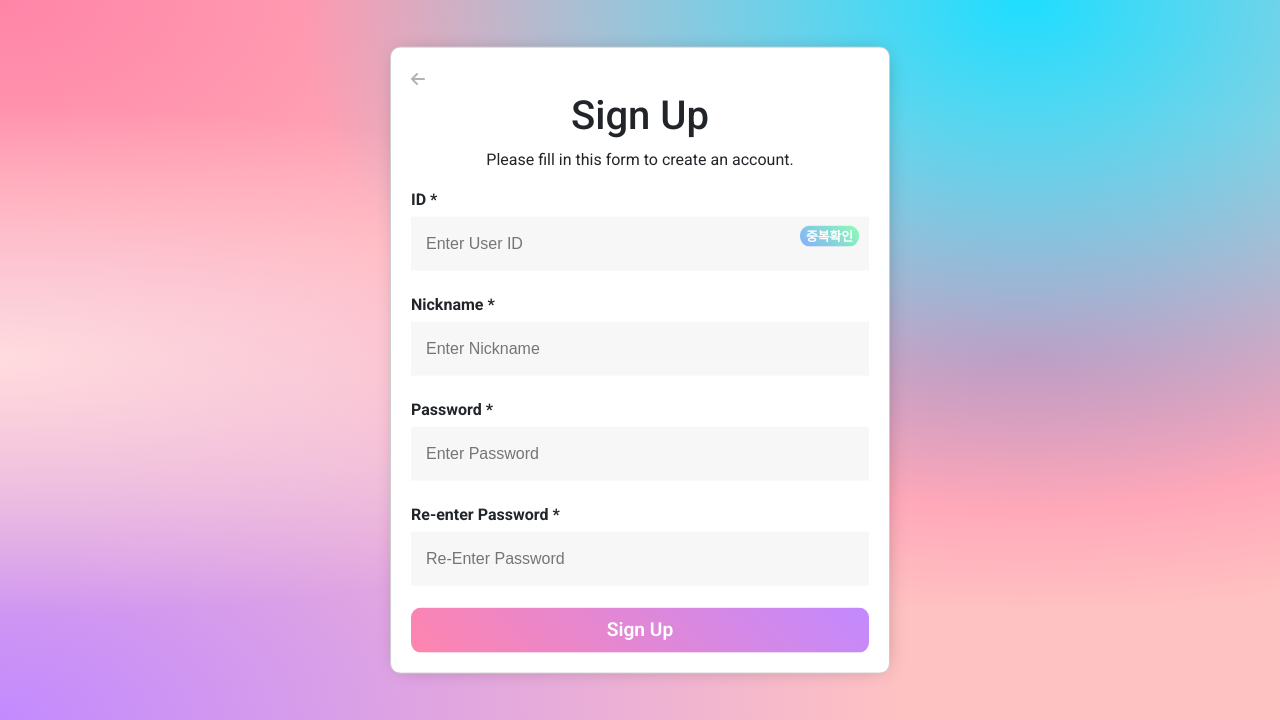
Repository: Jae-yi/JSPMybatis
Page: http://localhost/JspMybatisSub/WEB-INF/views/page/register.jsp
These files come from the project's save history. The page is drawn as it stood at one moment and after the next save; the edit follows.
The browser window is 1280 px wide. The pictures show the whole page.
Some web fonts or font styles are not loaded; a fallback is used. Some web libraries are served in a nearby version. The page is served by Tomcat 9. Nobody is signed in. The template is opened directly, without the code that normally fills it, so the values that code supplies are empty.

Above is the page before, as saved 2023-02-01 11:11:55.

After the next save:
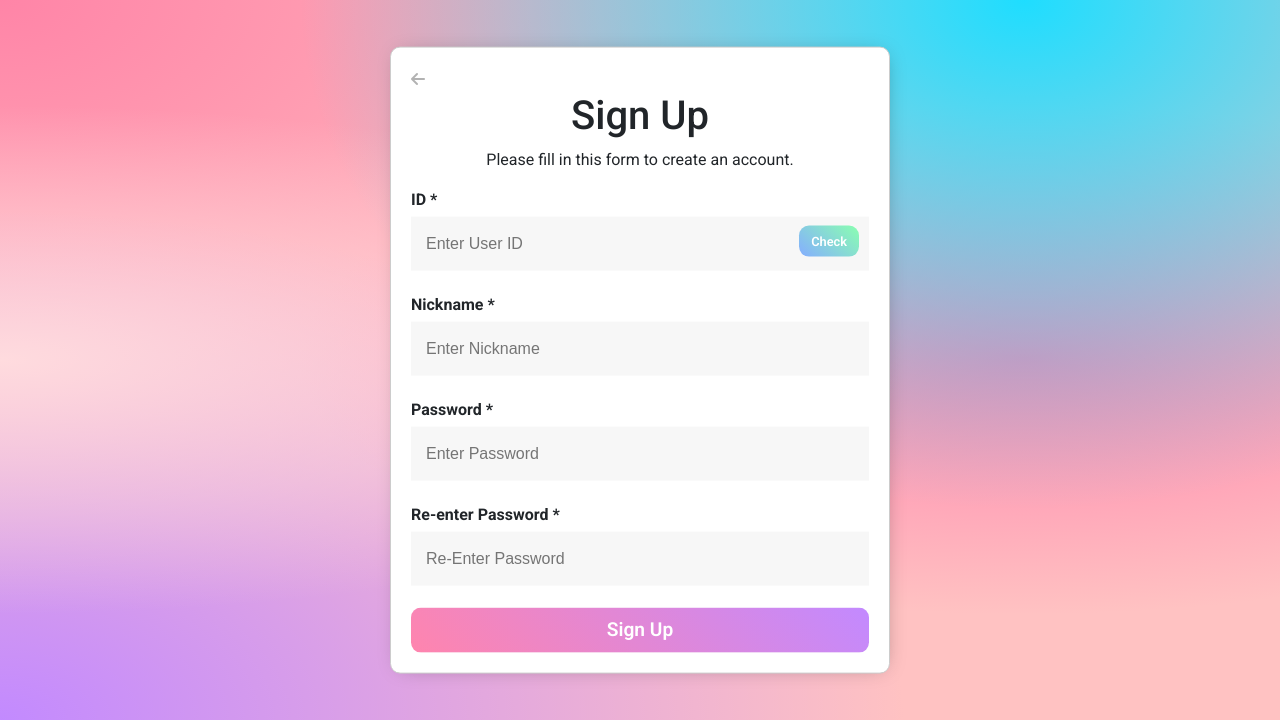
Saved 7 min 17 s later.
--- a/JspMybatisSub/src/main/webapp/WEB-INF/views/page/register.jsp
+++ b/JspMybatisSub/src/main/webapp/WEB-INF/views/page/register.jsp
@@ -61,7 +61,7 @@
 			<div id ="idInputDiv" style="display:flex">
 			<input type="text"
 				name="username" id = "id" placeholder="Enter User ID" required>
-			<button type="button" id="duplIdCheck">중복확인</button>
+			<button type="button" class="btn btn-outline-primary" id="duplIdCheck">Check</button>
 			</div>
 			<label
 			for="nickname"><b>Nickname *</b></label>
